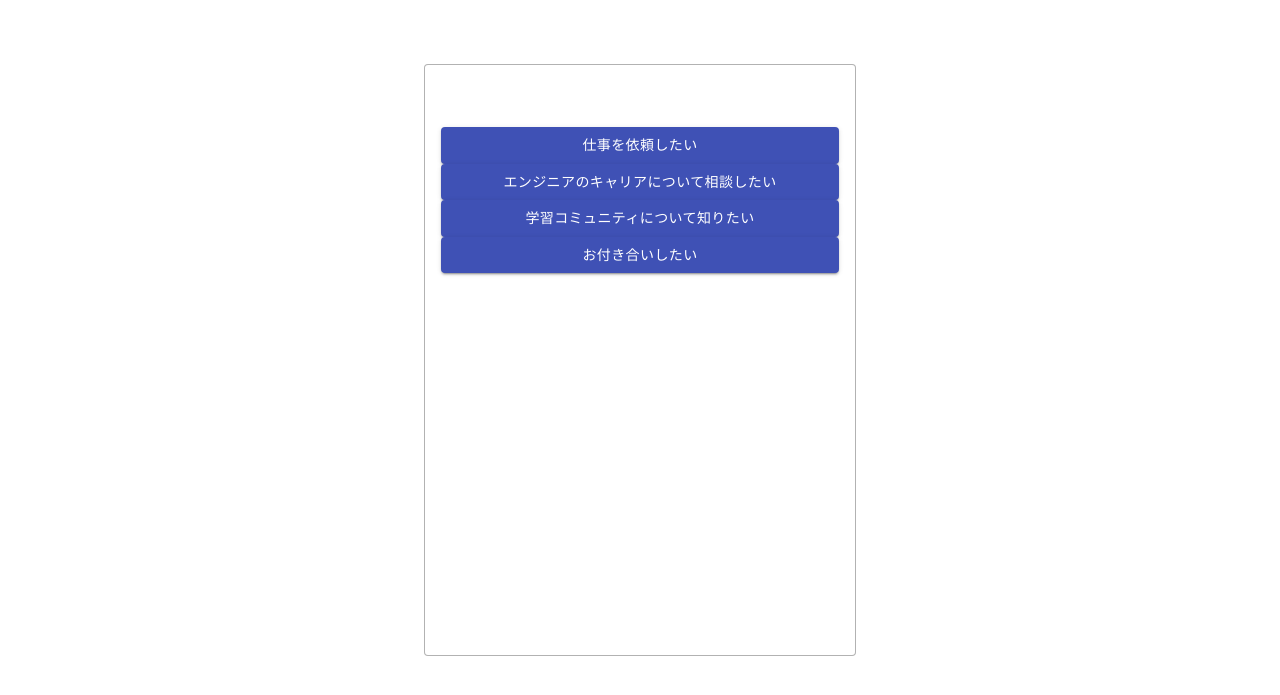
Repository: ShunsukeTanizaki/chatbot-demo
Page: /
An editor plug-in stored every save of this project. The page is shown before and after a run of saves, followed by the edit.
The browser window is 1280 px wide. The pictures show the whole page.
Pictures or frames that could not be fetched are drawn as grey boxes. The project was rebuilt for these pictures with package versions that can differ from the ones it lists, and the page was loaded fresh each time.

Above is the page before, as saved 2020-10-20 22:17:37.

After the next 2 saves:
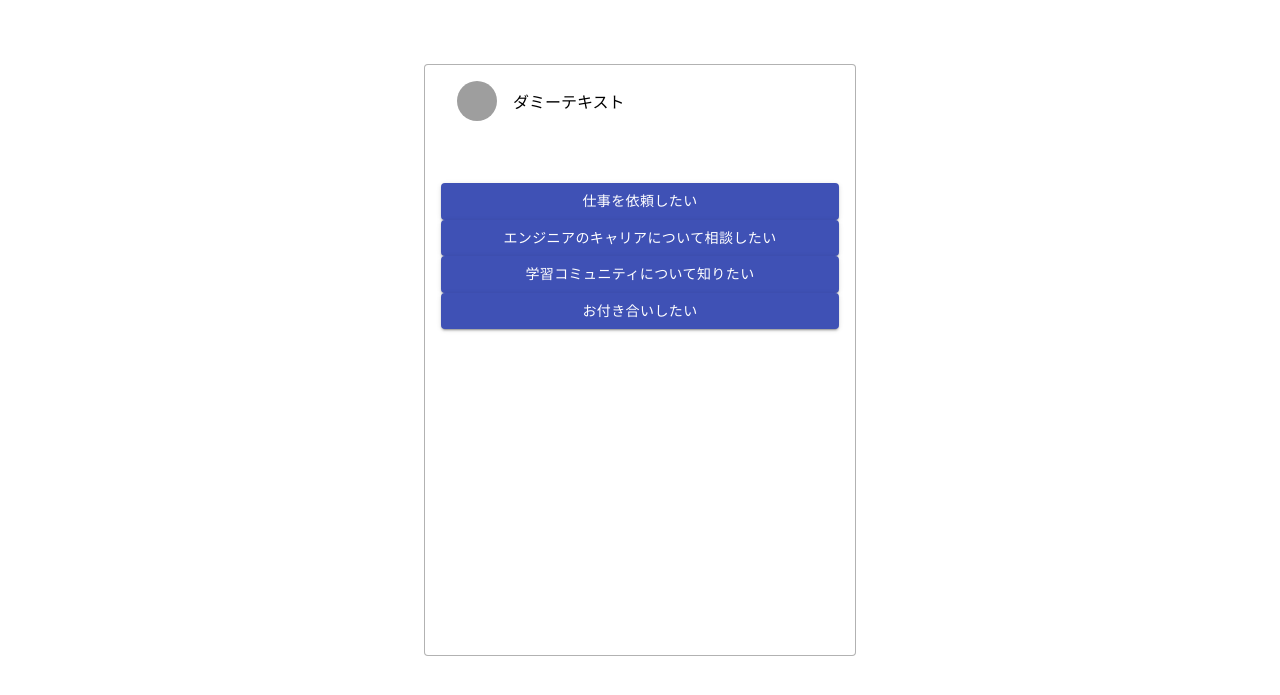
The 2 saves are shown as one change because 1 did not build or start.
The last was saved 65 s later.
--- a/src/components/Chats.jsx
+++ b/src/components/Chats.jsx
@@ -1,7 +1,7 @@
 import React from 'react'
 import { makeStyles } from '@material-ui/core/styles';
 import List from '@material-ui/core/List';
-
+import Chat from './Chat'
 
 const useStyles = makeStyles((theme) => ({
     root: {
@@ -16,7 +16,7 @@
 
     return (
         <List className={classes.root}>
-
+            <Chat />
         </List>
     )
 }
